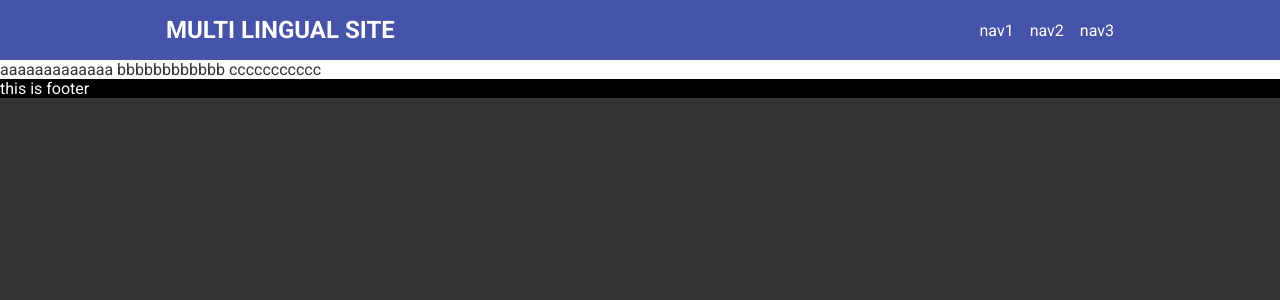
Repository: ksbsh27/multi_lingual
Page: index.html
An editor plug-in stored every save of this project. The page is shown before and after a run of saves, followed by the edit.
The browser window is 1280 px wide. The pictures show the whole page.
The style sheet was rebuilt from its Sass, Less or Tailwind sources for each picture, by a compiler version that may differ from the author's.

Above is the page before, as saved 2022-03-31 21:19:51.

After the next 2 saves:
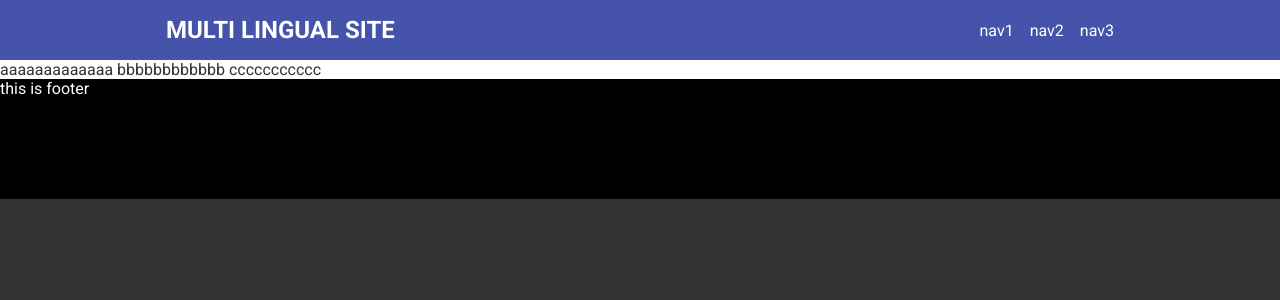
The 2 saves are shown as one change because they came seconds apart.
The last was saved 10 s later.
--- a/sass/_footer.scss
+++ b/sass/_footer.scss
@@ -2,4 +2,5 @@
 footer{
     color: #fff;
     background: rgb(0, 0, 0);
+    height: 120px;
 }
